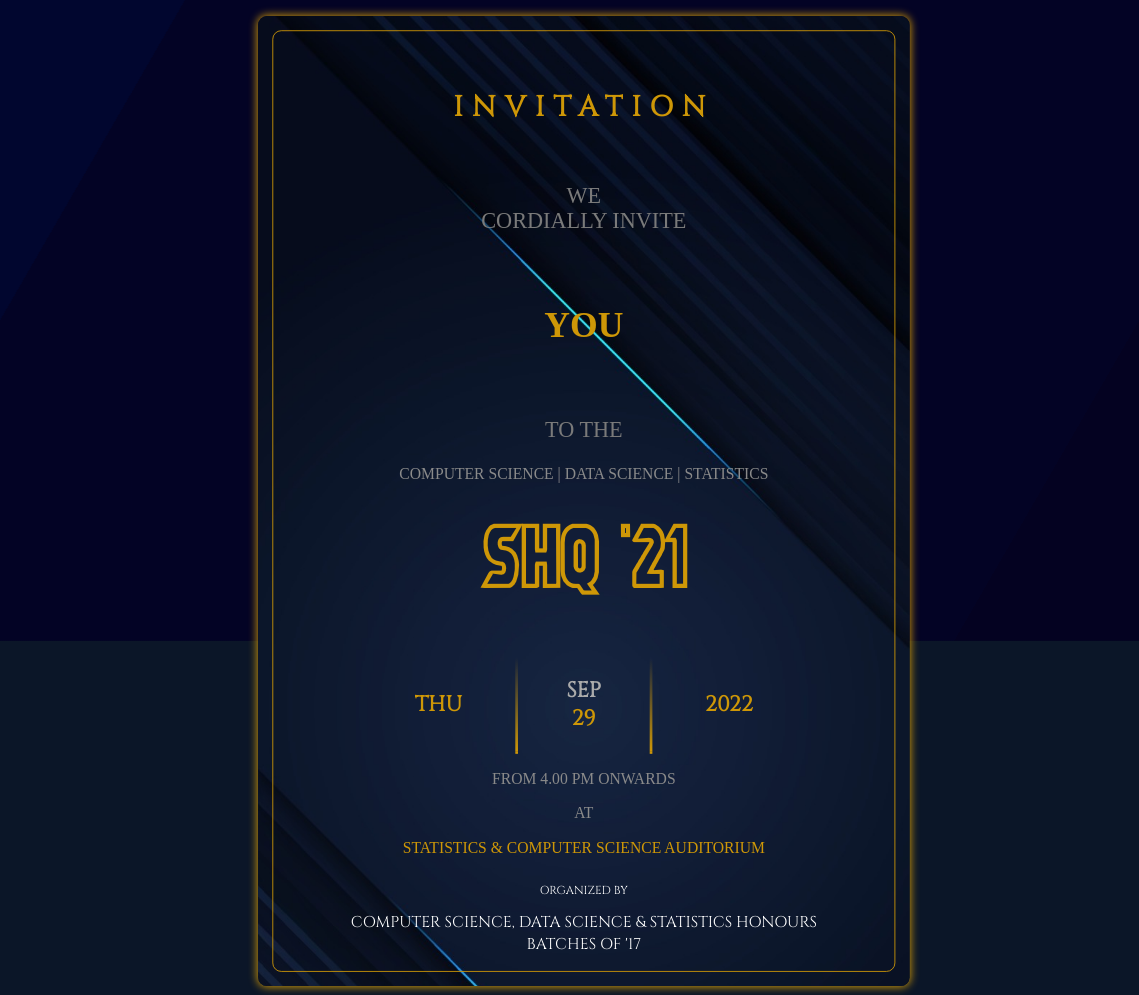
Repository: prabuddhika96/SHQ_Invitation
Page: index.html
These files come from the project's save history. The page is drawn as it stood at one moment and after the next save; the edit follows.
The browser window is 1280 px wide. The pictures show the whole page, at 89% of full size.
Some web fonts or font styles are not loaded; a fallback is used.

Above is the page before, as saved 2022-09-26 10:58:38.
Console error: ReferenceError: bodymovin is not defined

After the next save:
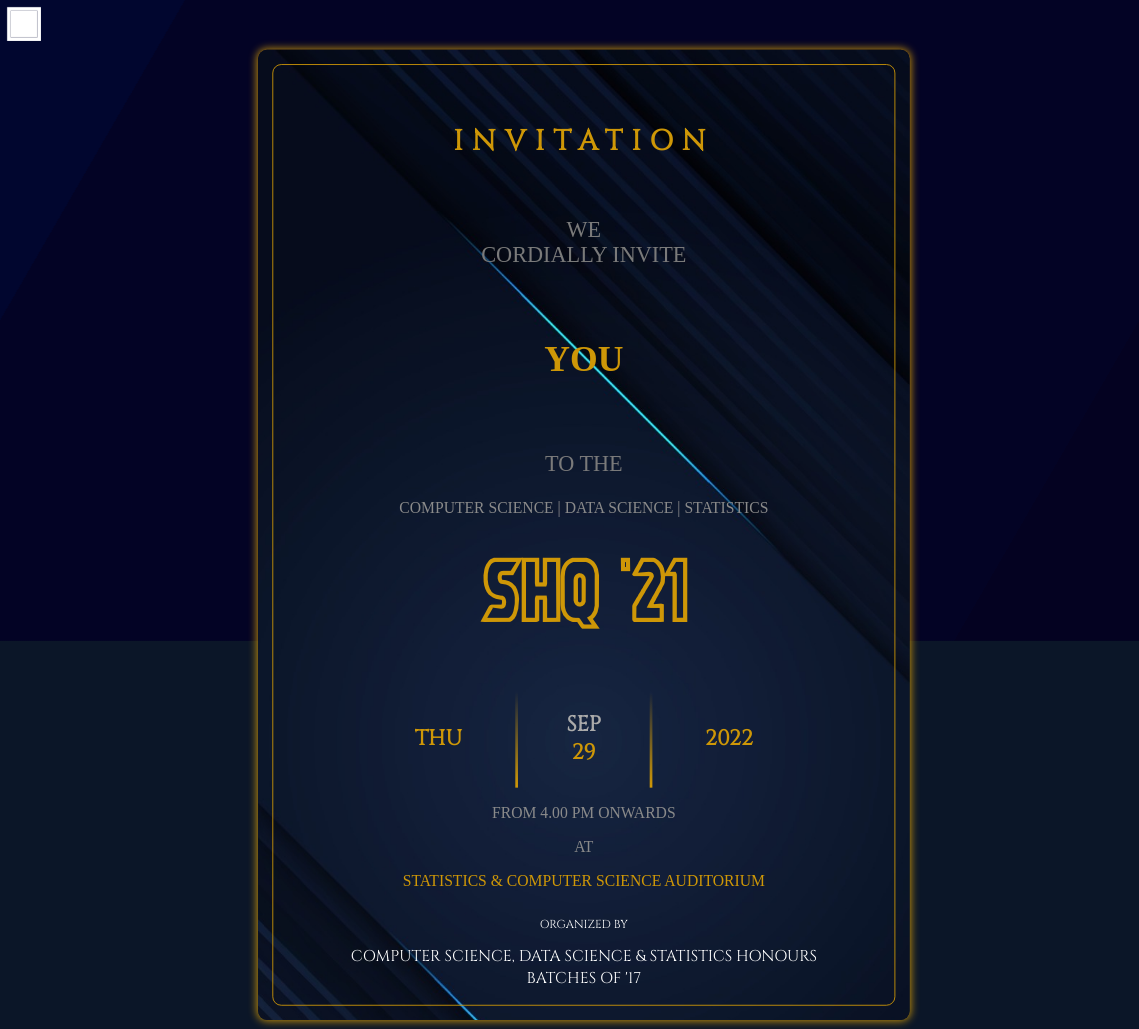
Saved 3 s later.
--- a/index.html
+++ b/index.html
@@ -14,7 +14,7 @@
 		<div class="bg bg2"></div>
 		<div class="bg bg3"></div>
 
-		<div id="animationWindow"></div>
+		<span class="loader"><span class="loader-inner"></span></span>
 
 		<div class="container">
 			<div class="invitation">
